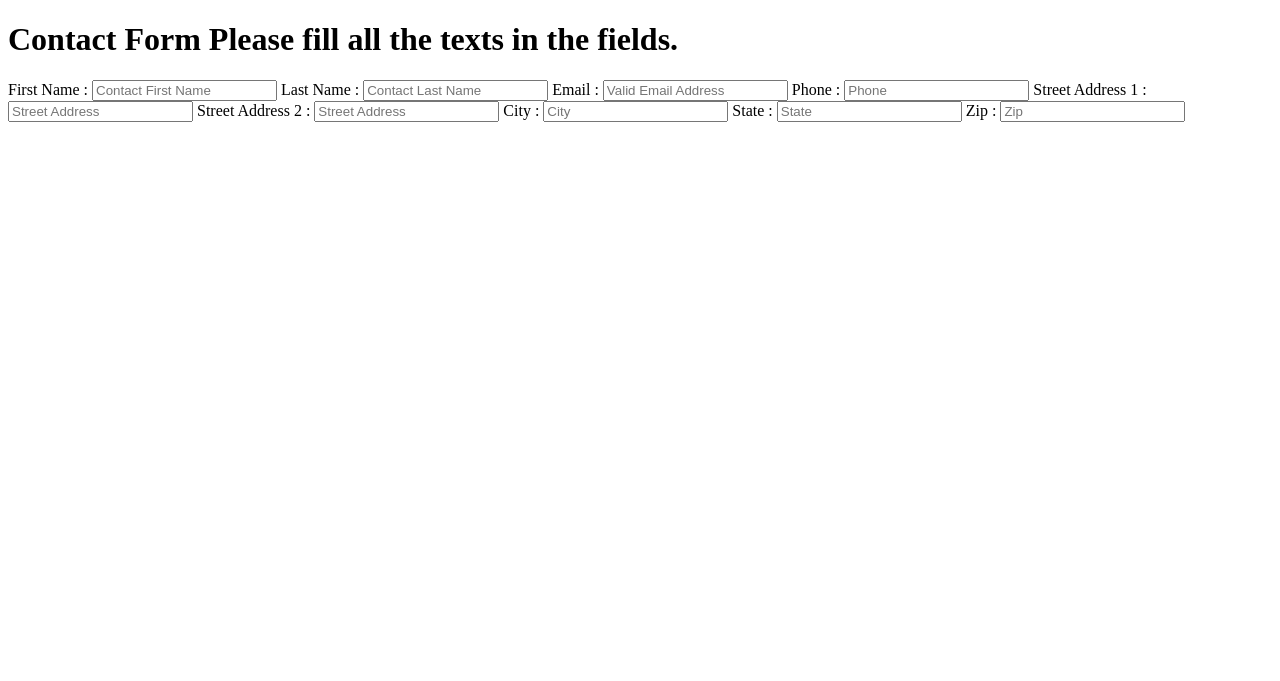
Repository: eugenehiggins/beginning-php-mysql
Page: http://localhost/create-record/add-record-form.php
The author's editor kept a record of every edit. The page is drawn from the files as they stood at one moment, then again after the next edit.
The browser window is 1280 px wide. The pictures show the whole page.
The page is run by PHP 8.4 with error messages shown; the project is at /var/www/html/.

Above is the page before.

### create-record/add-record-form.php
<!DOCTYPE html>
<html>
<head lang="en">
    <link href='https://fonts.googleapis.com/css?family=Bitter' rel='stylesheet' type='text/css'>
    <meta charset="UTF-8">
    <title>Add New Customer</title>
    <script src="../scripts/jquery-2.1.3.min.js"></script>
    <link rel="stylesheet" href="../css/form.css">
</head>
<body>
<?php $action = "add-record"; ?>
<?php include ('html-form-part.php'); ?>
</body>
</html>

### create-record/html-form-part.php
<form action="" method="post" class="STYLE-NAME">
    <h1>Contact Form
        <span>Please fill all the texts in the fields.</span>
    </h1>
    <label>
        <span>First Name :</span>
        <input id="contactFirstName" type="text" name="contactFirstName" placeholder="Contact First Name" />
    </label>

    <label>
        <span>Last Name :</span>
        <input id="contactLastName" type="text" name="contactLastName" placeholder="Contact Last Name" />
    </label>

    <label>
        <span>Email :</span>
        <input id="email" type="email" name="email" placeholder="Valid Email Address" />
    </label>

    <label>
        <span>Phone :</span>
        <input id="phone" type="text" name="phone" placeholder="Phone" />
    </label>

    <label>
        <span>Street Address 1 :</span>
        <input id="addressLine1" type="text" name="addressLine1" placeholder="Street Address" />
    </label>

    <label>
        <span>Street Address 2 :</span>
        <input id="addressLine2" type="text" name="addressLine2" placeholder="Street Address" />
    </label>

    <label>
        <span>City :</span>
        <input id="city" type="text" name="city" placeholder="City" />
    </label>

    <label>
        <span>State :</span>
        <input id="state" type="text" name="state" placeholder="State" />
    </label>

    <label>
        <span>Zip :</span>
        <input id="postalCode" type="text" name="postalCode" placeholder="Zip" />
    </label>

    <!--<legend>New customer</legend>
        <label>first name: </label><input name="contactFirstName" type="text" size="40">
        <label>last name:</label> <input name="contactLastName" type="text" size="40">
        <label>phone: </label><input name="phone" type="text" size="40">
        <label>street address:</label> <input name="addressLine1" type="text" size="40">
        <label>street address:</label> <input name="addressLine2" type="text" size="40">
        <label>city:</label> <input name="city" type="text" size="40">
        <label>state:</label> <input name="state" type="text" size="2">
        <label>zip:</label> <input name="postalCode" type="text" size="10">
        <label></label><input type="submit" value="Submit">
-->

### css/form.css
/* #### Dark Matter #### */

.dark-matter {
    margin-left: auto;
    margin-right: auto;
    max-width: 500px;
    background: #555;
    padding: 20px 30px 20px 30px;
    font: normal 12px 'Bitter','Helvetica', serif;
    color: #D3D3D3;
    text-shadow: 1px 1px 1px #444;
    border: none;
    border-radius: 5px;
    -webkit-border-radius: 5px;
    -moz-border-radius: 5px;
}
.dark-matter a{
    size: inherit;
    color: inherit;
}
.dark-matter h1 {

    padding: 0px 0px 10px 40px;
    display: block;
    border-bottom: 1px solid #444;
    margin: -10px -30px 30px -30px;
}
.dark-matter h1>span {
    color: #FFCC02;
    display: block;
    font-size: 11px;
}
.dark-matter label {
    display: block;
    margin: 0px 0px 5px;
}
.dark-matter label>span {
    float: left;
    width: 20%;
    text-align: right;
    padding-right: 10px;
    margin-top: 10px;
    font-weight: bold;
}
.dark-matter input[type="text"], .dark-matter input[type="email"], .dark-matter textarea, .dark-matter select {
    border: none;
    color: #525252;
    height: 25px;
    line-height:15px;
    margin-bottom: 16px;
    margin-right: 6px;
    margin-top: 2px;
    outline: 0 none;
    padding: 5px 0px 5px 5px;
    width: 70%;
    border-radius: 2px;
    -webkit-border-radius: 2px;
    -moz-border-radius: 2px;
    -moz-box-shadow: inset 0 1px 1px rgba(0, 0, 0, 0.075);
    background: #DFDFDF;
}
.dark-matter select {
    background: #DFDFDF url('down-arrow.png') no-repeat right;
    background: #DFDFDF url('down-arrow.png') no-repeat right;
    appearance:none;
    -webkit-appearance:none;
    -moz-appearance: none;
    text-indent: 0.01px;
    text-overflow: '';
    width: 70%;
    height: 35px;
    color: #525252;
    line-height: 25px;
}
.dark-matter textarea{
    height:100px;
    padding: 5px 0px 0px 5px;
    width: 70%;
}
.dark-matter .button {
    background: #FFCC02;
    border: none;
    padding: 10px 25px 10px 25px;
    color: #585858;
    border-radius: 4px;
    -moz-border-radius: 4px;
    -webkit-border-radius: 4px;
    text-shadow: 1px 1px 1px #FFE477;
    font-weight: bold;
    box-shadow: 1px 1px 1px #3D3D3D;
    -webkit-box-shadow:1px 1px 1px #3D3D3D;
    -moz-box-shadow:1px 1px 1px #3D3D3D;
}

.dark-matter .button:hover {
    color: #333;
    background-color: #EBEBEB;
}

Loaded but not shown: scripts/jquery-2.1.3.min.js (library)

After the next edit:
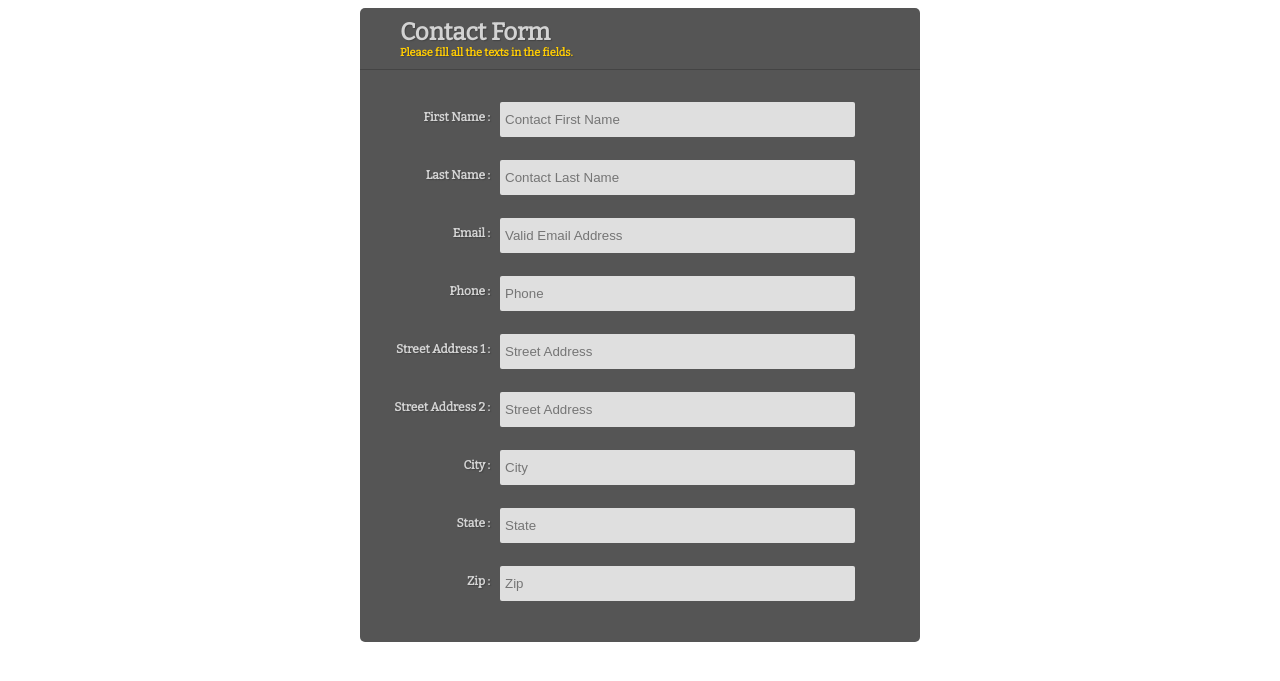
The edit:
--- a/create-record/html-form-part.php
+++ b/create-record/html-form-part.php
@@ -1,4 +1,4 @@
-<form action="" method="post" class="STYLE-NAME">
+<form action="" method="post" class="dark-matter ">
     <h1>Contact Form
         <span>Please fill all the texts in the fields.</span>
     </h1>
